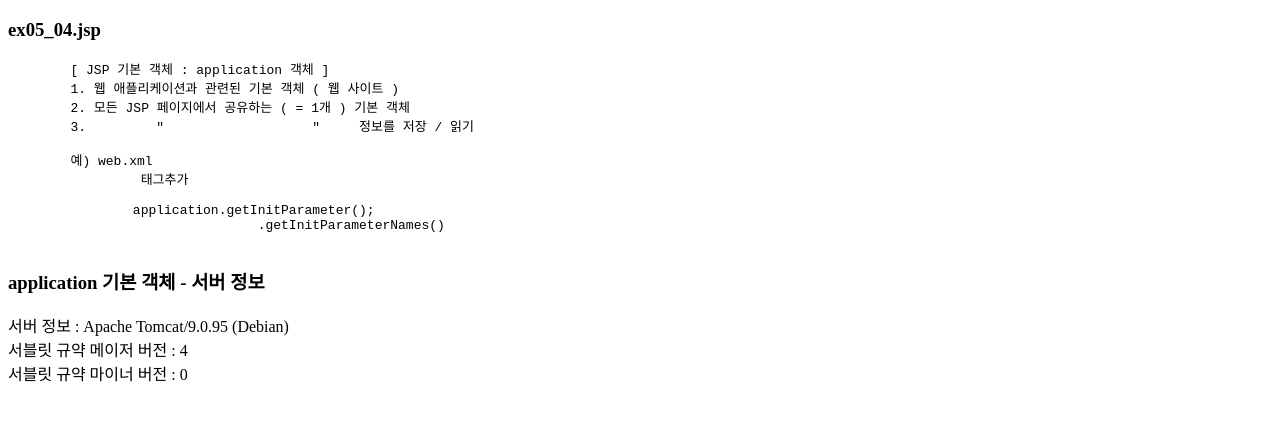
Repository: JavaYoo/kakao-emoticon-web-clone
Page: http://localhost/jspPro/days04/ex05_04.jsp
The author's editor kept a copy of each file at every save. The page is drawn from the files as they stood at one save, then again after the next save.
The browser window is 1280 px wide. The pictures show the whole page.
The page is served by Tomcat 9. Other server files are loaded and not shown.

Above is the page before, as saved 2022-06-17 06:36:07.

### jspPro/src/main/webapp/days04/ex05_04.jsp
<%@ page contentType="text/html; charset=UTF-8" pageEncoding="UTF-8"%>
<!DOCTYPE html>
<html>
<head>
<meta charset="UTF-8">
<meta name="viewport" content="width=device-width, initial-scale=1.0">
<title>2022. 6. 17. - 오후 3:25:08</title>
<link rel="shortcut icon "type = "image/x-icon" href = "../images/SiSt.ico">
<script src="https://ajax.googleapis.com/ajax/libs/jquery/3.6.0/jquery.min.js"></script>
</head>
<body>

<h3>ex05_04.jsp</h3>

<pre>
	[ JSP 기본 객체 : application 객체 ]
	1. 웹 애플리케이션과 관련된 기본 객체 ( 웹 사이트 )
	2. 모든 JSP 페이지에서 공유하는 ( = 1개 ) 기본 객체
	3.         "                   "     정보를 저장 / 읽기

	예) web.xml
		<context-param> 태그추가

		application.getInitParameter();
		                .getInitParameterNames()

</pre>

<h3>application 기본 객체 - 서버 정보</h3>
서버 정보 : <%= application.getServerInfo() %><br>
서블릿 규약 메이저 버전 : <%= application.getMajorVersion() %><br>
서블릿 규약 마이너 버전 : <%= application.getMinorVersion() %><br>

</body>
</html>

After the next save:
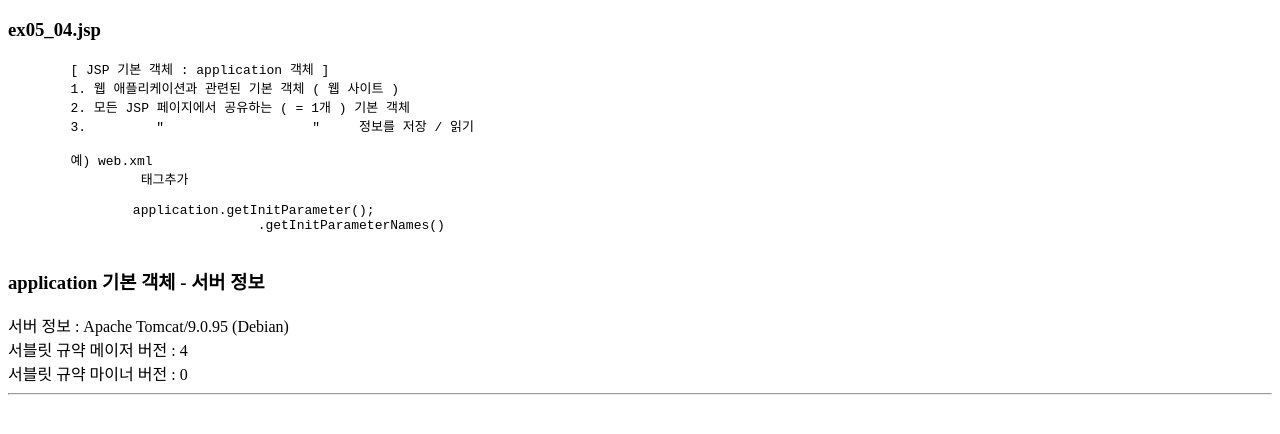
Saved 2 min 12 s later.
--- a/jspPro/src/main/webapp/days04/ex05_04.jsp
+++ b/jspPro/src/main/webapp/days04/ex05_04.jsp
@@ -1,3 +1,4 @@
+<%@page import="java.util.Enumeration"%>
 <%@ page contentType="text/html; charset=UTF-8" pageEncoding="UTF-8"%>
 <!DOCTYPE html>
 <html>
@@ -31,5 +32,18 @@
 서블릿 규약 메이저 버전 : <%= application.getMajorVersion() %><br>
 서블릿 규약 마이너 버전 : <%= application.getMinorVersion() %><br>
 
+<hr>
+
+<%
+	Enumeration<String> en = application.getInitParameterNames();
+	while( en.hasMoreElements() ){
+		String pname = en.nextElement();
+%>
+<li><%= pname %></li>
+<%
+	}
+%>
+
+
 </body>
 </html>
